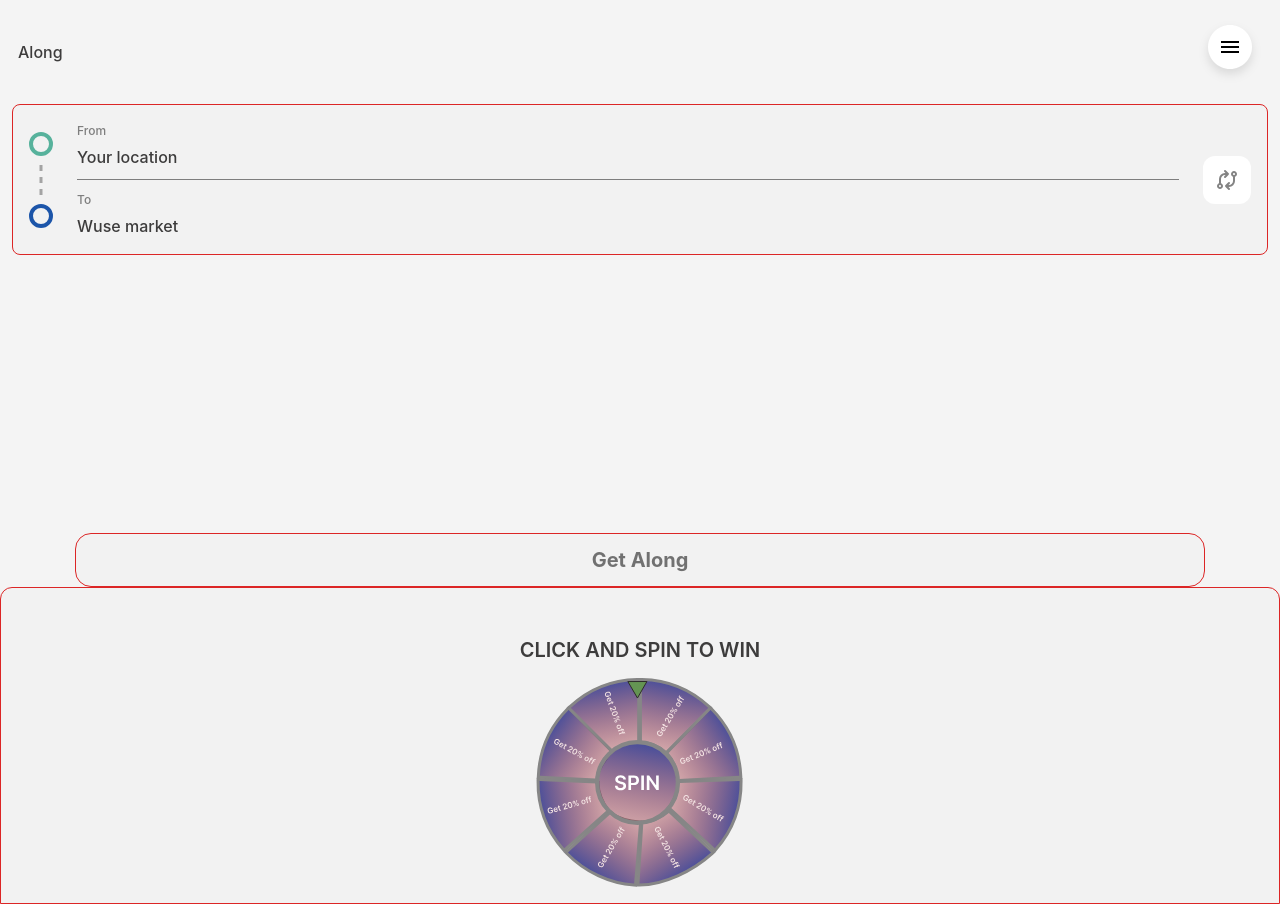
Repository: TeamAlong/Along-App
Page: /
An editor plug-in stored every save of this project. The page is shown before and after the next save, followed by the edit.
The browser window is 1280 px wide. The pictures show the whole page.
The project was rebuilt for these pictures with package versions that can differ from the ones it lists, and the page was loaded fresh each time. The framework's server and built-in components were replaced by stand-ins that run in the browser. Also part of the build but not shown: next.config.mjs, src/components/user/drivers-preview.js.

Above is the page before, as saved 2024-02-26 22:19:34.

### src/pages/index.js
import { useState } from "react";
import Layout from "@/components/Layout";
import Image from "next/image";
import { useUi } from "@/context/UiContext/uiContext";
import Circles from "../../public/assets/loc-circles.svg";
import Rout from "../../public/assets/route-icon.svg";

export default function Home() {
  const { setShowSpin } = useUi();

  const handleGetAlongClick = () => {
    setShowSpin(false); // Hide the spin and show drivers preview
  };
  return (
    <Layout>
      <main className=" px-3 flex flex-col gap-[278px]">
        <section className="w-full flex items-center gap-6 px-4 py-[18px] rounded-lg bg-[#F2F2F2] border border-red-600">
          <Image src={Circles} alt="" />

          <div className="w-full flex flex-col">
            <div className="flex flex-col gap-2 items-start border-b border-[#7E7E7E] pb-3">
              <p className="text-xs text-[#7E7E7E]">From</p>
              <input
                className="w-full h-full bg-transparent border-none outline-none"
                type="text"
                placeholder="Your location"
              />
            </div>

            <div className="flex flex-col gap-2 items-start pt-3 ">
              <p className="text-xs text-[#7E7E7E]">To</p>
              <input
                className="w-full h-full bg-transparent border-none outline-none"
                type="text"
                placeholder="Wuse market"
              />
            </div>
          </div>

          <Image src={Rout} alt="" />
        </section>

        <button
          className="w-[90%] self-center bg-[#F2F2F2] py-3 px-4 rounded-2xl text-xl text-[#717171] font-bold border border-red-600"
          onClick={handleGetAlongClick}
        >
          Get Along
        </button>
      </main>
    </Layout>
  );
}

### src/context/UiContext/uiContext.js
import React, { createContext, useContext, useState } from "react";

const UiContext = createContext();

export const useUi = () => useContext(UiContext);

export const UiProvider = ({ children }) => {
  const [showSpin, setShowSpin] = useState(true);

  return (
    <UiContext.Provider value={{ showSpin, setShowSpin }}>
      {children}
    </UiContext.Provider>
  );
};

### src/components/Layout.js
import Head from "next/head";
import Footer from "./Footer";
import Navbar from "./Navbar";

export default function Layout({ title, keywords, description, children }) {
  return (
    <div className="flex flex-col min-h-screen">
      <Head>
        <title>{title}</title>
        <meta name="description" content={description} />
        <meta name="keywords" content={keywords} />
        <meta charSet="utf-8" />
      </Head>
      <Navbar />

      <div className="flex-grow">{children}</div>

      <Footer />
    </div>
  );
}

Layout.defaultProps = {
  title: "Along app",
  description: "Along App",
  keywords: "Along App",
};

### src/components/Footer.js
import Image from "next/image";
import { useUi } from "@/context/UiContext/uiContext";
import DriversPreview from "./user/drivers-preview";
import Spin from "../../public/assets/spin-board.svg";

export default function Footer() {
  const { showSpin } = useUi();
  return (
    <footer className="w-full bg-[#F2F2F2] rounded-tl-[12px] rounded-tr-[12px] overflow-y-auto border border-red-600 z-50 pt-8">
      {showSpin ? (
        <div className="flex flex-col gap-2.5 items-center pt-4">
          <h3 className="text-xl font-semibold">CLICK AND SPIN TO WIN</h3>
          <Image src={Spin} alt="" />
        </div>
      ) : (
        <DriversPreview />
      )}
    </footer>
  );
}

### src/components/Navbar.js
import Image from "next/image";
import Menu from "../../public/assets/hamburger.svg";

export default function Navbar() {
  return (
    <nav className="flex items-center justify-between py-5 px-[18px]">
        <h1>Along</h1>
        <Image src={Menu} alt="hamburger menu"/>
    </nav>
  )
}

Loaded but not shown: src/pages/_app.js (common file); src/pages/_document.js (common file); src/styles/globals.css (common file); tailwind.config.js (common file)

After the next save:
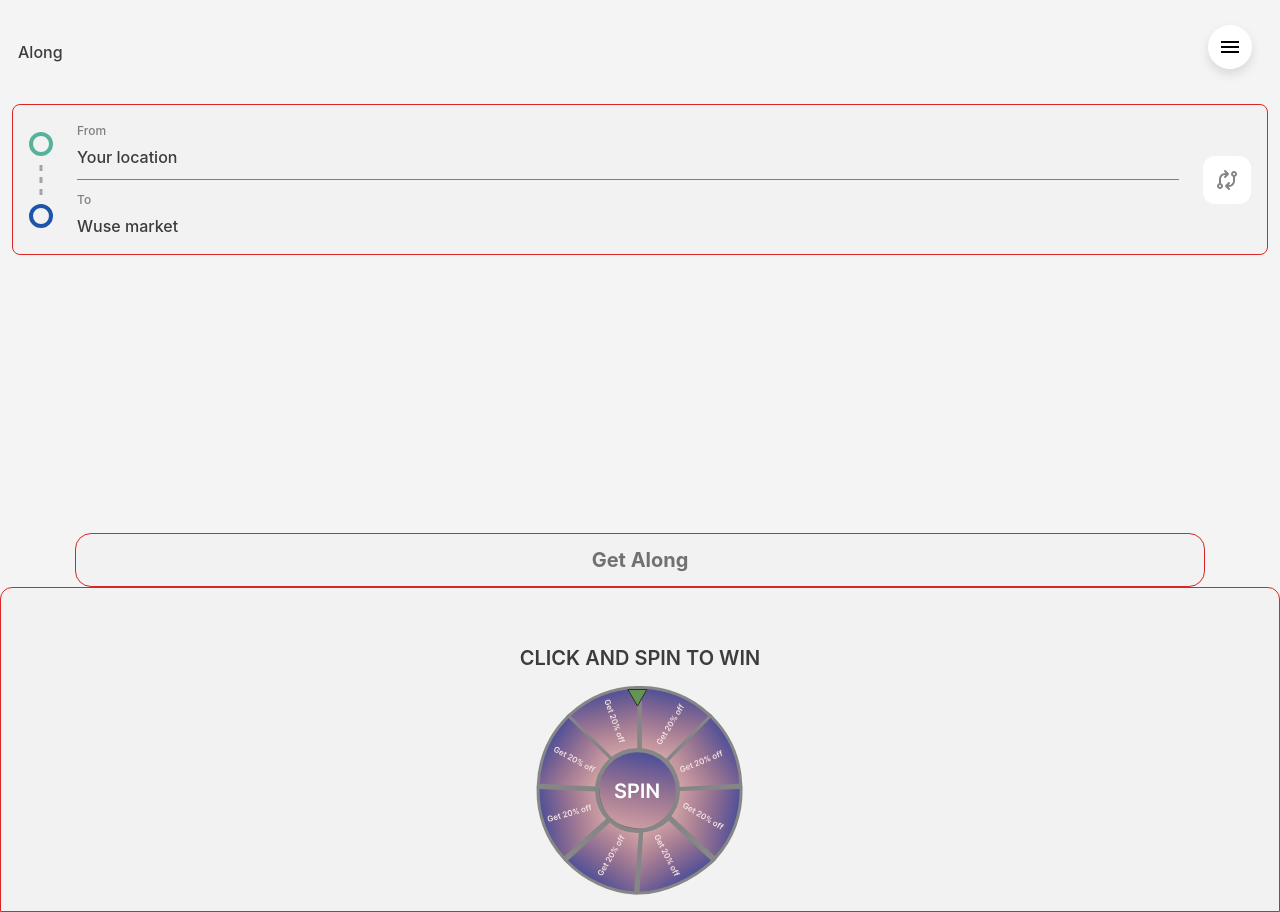
Saved 15 s later.
--- a/src/components/Footer.js
+++ b/src/components/Footer.js
@@ -6,7 +6,7 @@ import Spin from "../../public/assets/spin-board.svg";
 export default function Footer() {
   const { showSpin } = useUi();
   return (
-    <footer className="w-full bg-[#F2F2F2] rounded-tl-[12px] rounded-tr-[12px] overflow-y-auto border border-red-600 z-50 pt-8">
+    <footer className="w-full bg-[#F2F2F2] rounded-tl-[12px] rounded-tr-[12px] overflow-y-auto border border-red-600 z-50 pt-10">
       {showSpin ? (
         <div className="flex flex-col gap-2.5 items-center pt-4">
           <h3 className="text-xl font-semibold">CLICK AND SPIN TO WIN</h3>
